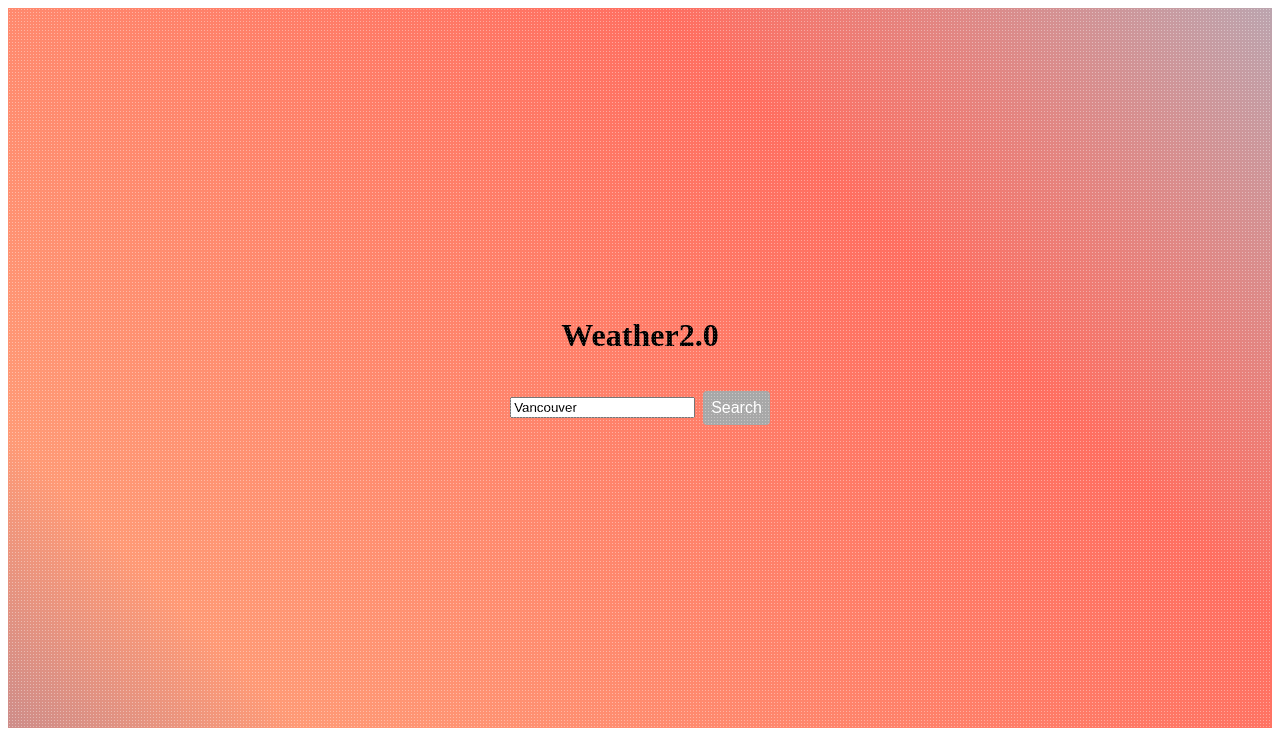
Repository: schwendyjr/COMP3170-Project
Page: /
An editor plug-in stored every save of this project. The page is shown before and after the next save, followed by the edit.
The browser window is 1280 px wide. The pictures show the whole page.
The page's requests for data from a server got no answer. The project was rebuilt for these pictures with package versions that can differ from the ones it lists, and the page was loaded fresh each time. The framework's server and built-in components were replaced by stand-ins that run in the browser. No one was signed in, and anything a server would have sent is missing. Also part of the build but not shown: utils/formatDate.js, components/WeatherCardItem.js, components/Forecast.js.

Above is the page before, as saved 2024-12-03 20:45:07.

### pages/_app.js
import '../styles/Home.module.css';


function MyApp({ Component, pageProps }) {
  return <Component {...pageProps} />;
}

export default MyApp;

### pages/index.js
import WeatherApp from '../components/WeatherApp';
import styles from '../styles/Home.module.css';

const Home = () => {
    return (
        <div className={styles.container}>
            <h1>Weather2.0</h1>
            <WeatherApp />
        </div>
    );
};

export default Home;

### styles/Home.module.css
/* styles/Home.module.css */
.container {
  display: flex;
  flex-direction: column;
  min-height: 100vh;
  align-items: center;
  justify-content: center;
/* animation component */
background: linear-gradient(45deg,
#151a1f, #4a69bd, /* Early morning */
#ff9a76, #ff6f61, /* Sunrise */
#87ceeb, #fdfd96, /* Noon */
#ffa500, #ffd700, /* Afternoon */
#ff4500, #800080, /* Sunset */
#000428, #1b2735 /* Evening/Night */
);
background-size: 600% 600%;
animation: GradientBackground 120s ease infinite;
animation: GradientBackground 500s ease infinite, GradientAngle 560s linear infinite;
overflow: hidden;
position: relative;
}

.container:after {
content: '';
position: absolute;
top: 0;
left: 0;
width: 100%;
height: 100%;
background: radial-gradient(#ffffff88 .5px, transparent .5px);
background-size: 3px 3px;
opacity: 0.6;
animation: Twinkle 2s infinite ease-in-out alternate;
pointer-events: none;
}

/* keyframe for animation */
@keyframes GradientBackground {
0% { background-position: 0% 50%; }
50% { background-position: 100% 50%; }
100% { background-position: 0% 50%; }
}

@keyframes Twinkle {
0% { opacity: 0.4; }
50% { opacity: 0.6; }
100% { opacity: 0.8; }
}

  .heading {
    margin-bottom: 2rem;
  }

  .button {
    margin: 1rem;
    padding: 0.5rem 1rem;
    background-color: #0070f3;
    color: white;
    border: none;
    border-radius: 5px;
    cursor: pointer;
  }

  .button:hover {
    background-color: #005bb5;
  }

  .list {
    list-style: none;
    padding: 0;
  }

  .item {
    background: #f8d7da;
    margin: 1rem 0;
    padding: 1rem;
    border-radius: 5px;
  }

  @media (max-width: 768px) {
    .container {
      padding: 1rem;
    }
  }


/* card css */

.weatherCard {
  display: flex;
  flex-direction: column;
  justify-content: space-between;
  align-items: center;
  padding: 1rem;
  margin: 1rem;
  border: 1px solid #ddd;
  border-radius: 8px;
  box-shadow: 0 2px 5px rgba(0, 0, 0, 0.1);
  background-color: #ffffffab;
  text-align: center;
  max-width: 200px;
}

.weatherCard img {
  max-width: 100px;
  height: auto;
}

.weatherCard h3 {
  font-size: 1.2rem;
  margin-bottom: 0.5rem;
}

.weatherCard p {
  margin: 0.5rem 0;
  font-size: 0.9rem;
}

/* form css */

.searchForm {
  display: flex;
  gap: 0.5rem;
  margin: 1rem 0;
  align-items: center;
  justify-content: center;
}
  /* flex-direction: column; /* Stack input and button */
  padding: 2rem;
  width: 100%;
  max-width: 400px; /* Limit form width */
  border: 1px solid #ddd;
  border-radius: 8px;
  box-shadow: 0 2px 10px rgba(0, 0, 0, 0.1);
  background-color: #f9f9f9; */


.searchForm input {
  width: 100%; /* Make input fill available space */
  padding: 0.5rem;
  font-size: 1rem;
  border: 1px solid #ccc;
  border-radius: 4px;
}

.searchForm button {
  width: 100%; /* Make button fill available space */
  padding: 0.5rem;
  font-size: 1rem;
  background-color: #a8a8a8;
  color: white;
  border: none;
  border-radius: 4px;
  cursor: pointer;
  transition: background-color 0.3s ease;
}

.searchForm button:hover {
  background-color: #005bb5;
}

### components/WeatherApp.js
import { useState, useEffect } from 'react';
import axios from 'axios';
import WeatherSearch from './WeatherSearch';
import Forecast from './Forecast';

const WeatherApp = () => {
    const [city, setCity] = useState('Vancouver');
    const [forecastData, setForecastData] = useState(null);
    const [error, setError] = useState('');

    const fetchWeatherData = async (cityName) => {
        try {
            const response = await axios.get(`https://api.weatherapi.com/v1/forecast.json?key=${process.env.NEXT_PUBLIC_WEATHER_API_KEY}&q=${cityName}&days=5`);
            setForecastData(response.data);
            setError('');
        } catch (error) {
            setError('City not found');
        }
    };

    const fetchWeatherDataByCoords = async (latitude, longitude) => {
        try {
            const response = await axios.get(`https://api.weatherapi.com/v1/forecast.json?key=${process.env.NEXT_PUBLIC_WEATHER_API_KEY}&q=${latitude},${longitude}&days=5`);
            setForecastData(response.data);
            setCity(response.data.location.name);
            setError('');
        } catch (error) {
            setError('Location not found');
        }
    };

    useEffect(() => {
        if (navigator.geolocation) {
            navigator.geolocation.getCurrentPosition((position) => {
                fetchWeatherDataByCoords(position.coords.latitude, position.coords.longitude);
            }, () => {
                // Fallback to default city (Vancouver) if geolocation fails
                fetchWeatherData('Vancouver');
            });
        } else {
            // Fallback to default city (Vancouver) if geolocation is not supported
            fetchWeatherData('Vancouver');
        }
    }, []);

    return (
        <div>
            <WeatherSearch city={city} setCity={setCity} fetchWeatherData={fetchWeatherData} />
            {error && <p>{error}</p>}
            {forecastData && <Forecast forecastData={forecastData} />}
        </div>
    );
};

export default WeatherApp;

### components/WeatherSearch.js
import styles from '../styles/Home.module.css';
const WeatherSearch = ({ city, setCity, fetchWeatherData }) => {
  const handleInputChange = (e) => {
      setCity(e.target.value);
  };

  const handleSearch = (e) => {
      e.preventDefault();
      fetchWeatherData(city);
  };

  return (
      <form onSubmit={handleSearch} className={styles.searchForm}>
          <input type="text" value={city} onChange={handleInputChange} placeholder="Enter city" />
          <button type="submit">Search</button>
      </form>
  );
};

export default WeatherSearch;

Loaded but not shown: pages/_document.js (common file)

After the next save:
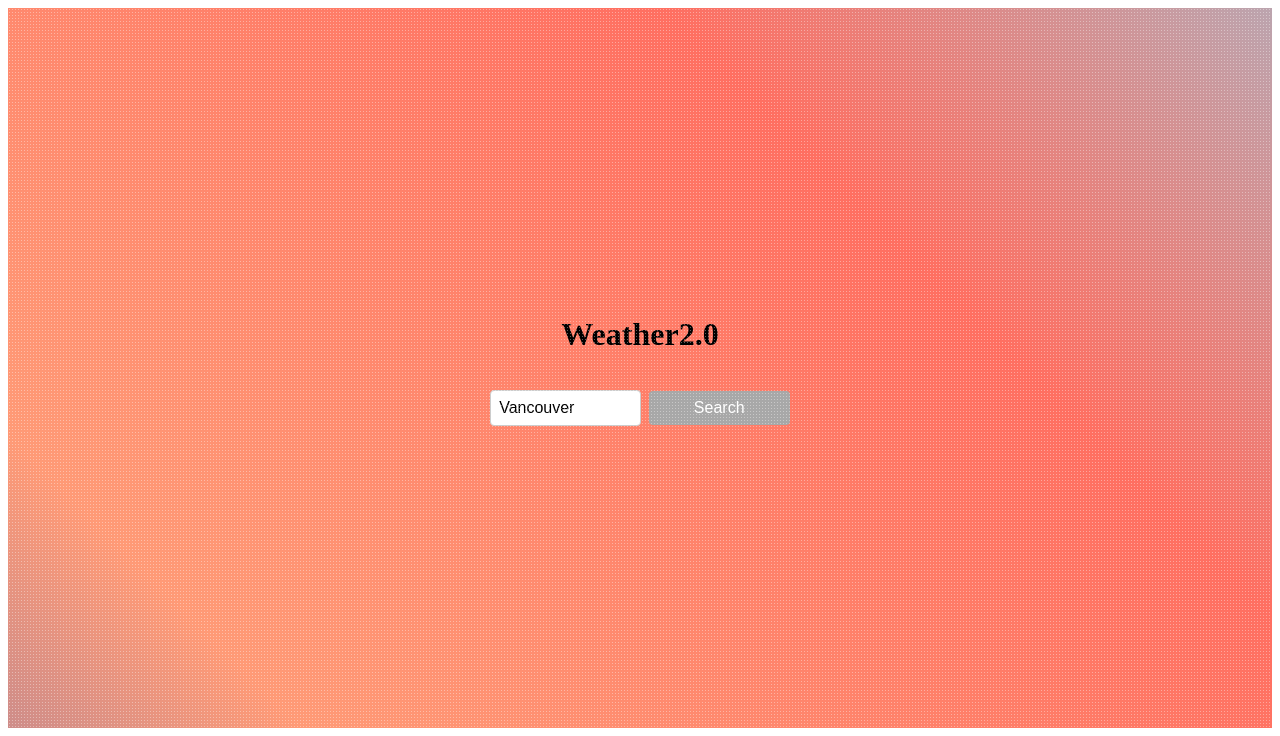
Saved 6 s later.
--- a/styles/Home.module.css
+++ b/styles/Home.module.css
@@ -125,16 +125,9 @@ pointer-events: none;
   margin: 1rem 0;
   align-items: center;
   justify-content: center;
+
+
 }
-  /* flex-direction: column; /* Stack input and button */
-  padding: 2rem;
-  width: 100%;
-  max-width: 400px; /* Limit form width */
-  border: 1px solid #ddd;
-  border-radius: 8px;
-  box-shadow: 0 2px 10px rgba(0, 0, 0, 0.1);
-  background-color: #f9f9f9; */
-
 
 .searchForm input {
   width: 100%; /* Make input fill available space */
